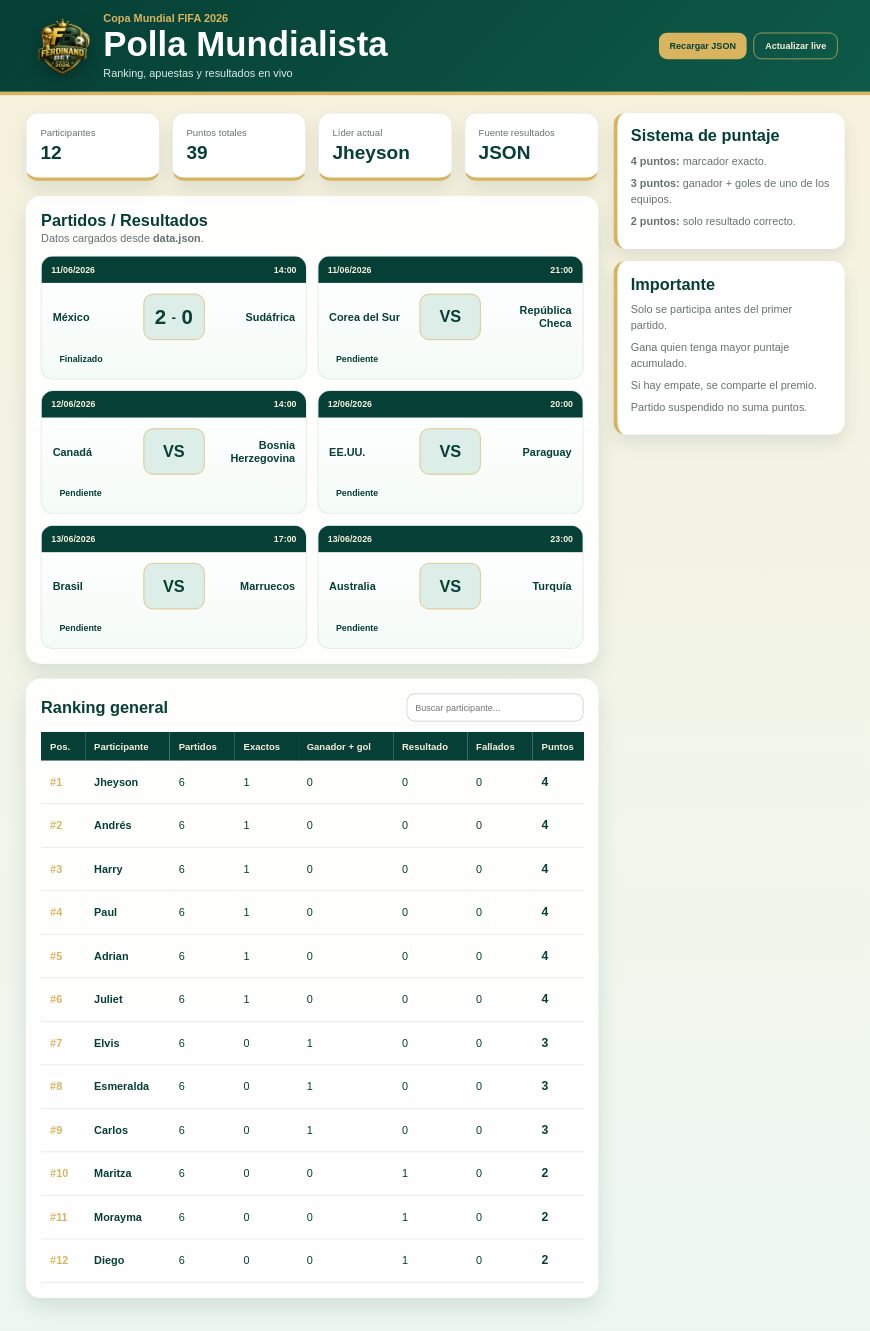
Repository: DiegoSot0/ferdinand-bet
Page: index.html
An editor plug-in stored every save of this project. The page is shown before and after the next save, followed by the edit.
The browser window is 1280 px wide. The pictures show the whole page, at 68% of full size.

Above is the page before, as saved 2026-06-11 21:07:27.

After the next save:
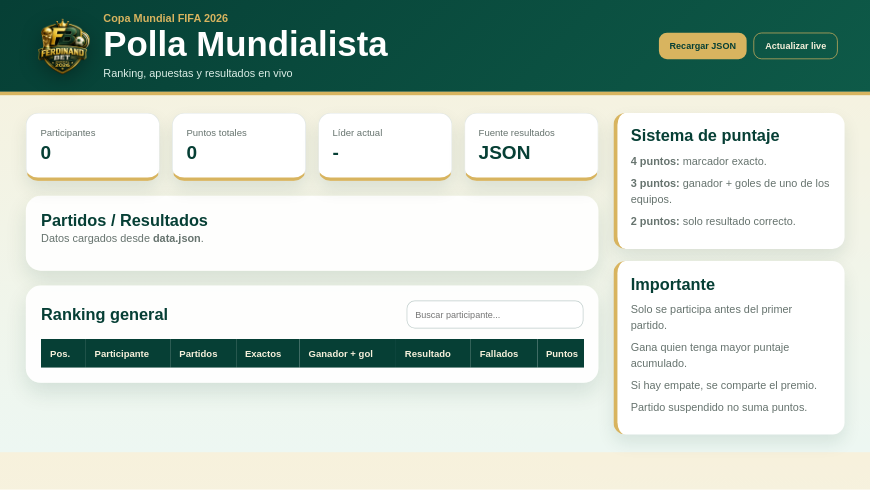
Console error: ReferenceError: getStatusClass is not defined
Saved 18 s later.
--- a/app.js
+++ b/app.js
@@ -161,8 +161,7 @@
             <span class="team">${p.equipo2}</span>
           </div>
 
-          <div class="status">${estado}${minuto}</div>
-        </div>
+<div class="status ${getStatusClass(estado)}">${getStatusText(estado, minuto)}</div>        </div>
       </article>
     `;
   }).join("");
@@ -222,9 +221,9 @@
 
     const clase = a.estado === "Marcador exacto" ? "exacto"
       : a.estado === "Ganador + gol" ? "parcial"
-      : a.estado === "Resultado" ? "resultado"
-      : a.estado === "Pendiente" ? "pendiente"
-      : "fallado";
+        : a.estado === "Resultado" ? "resultado"
+          : a.estado === "Pendiente" ? "pendiente"
+            : "fallado";
 
     const real = p.real1 === null || p.real2 === null
       ? "Pendiente"

After the 3 saves that followed:
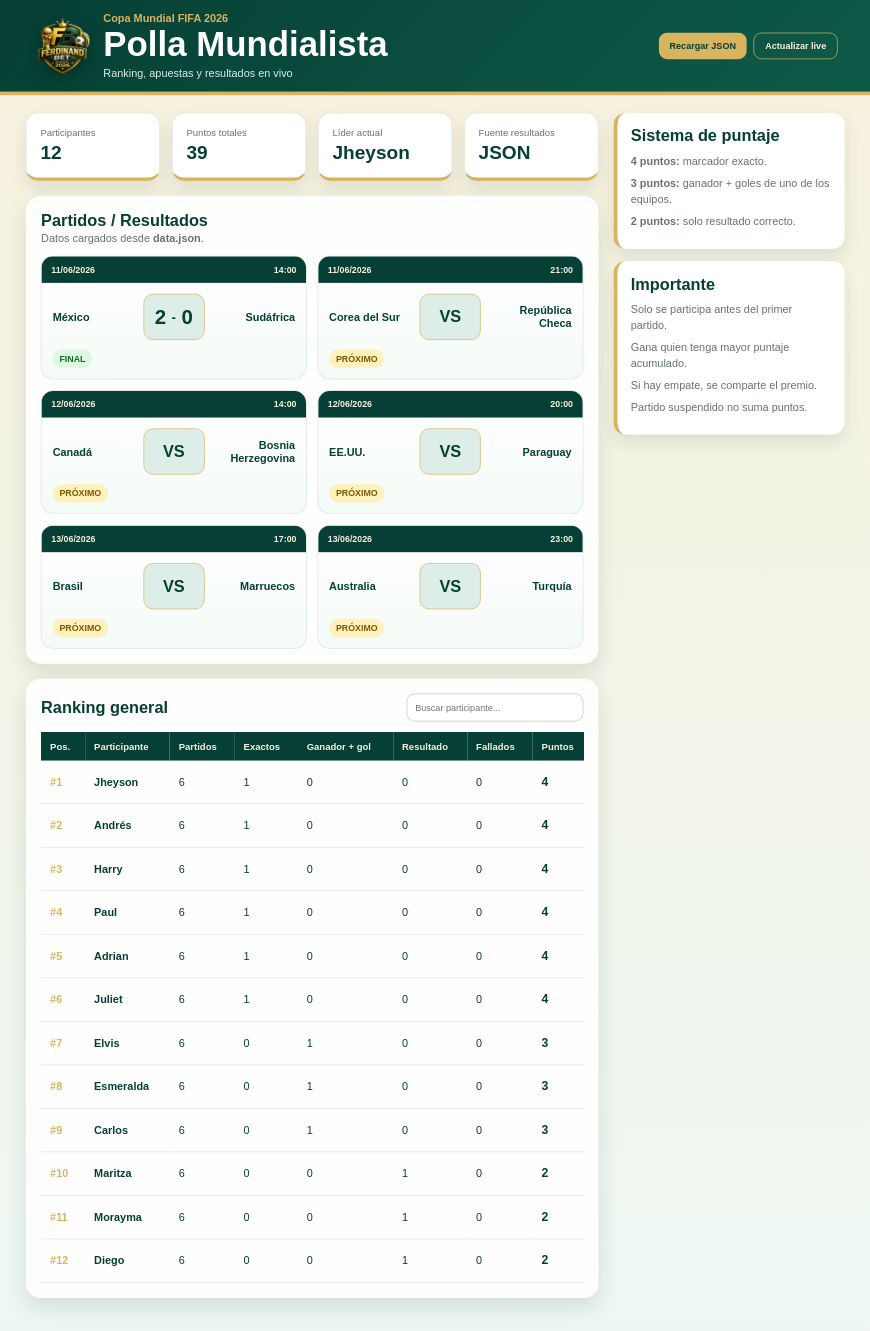
The error is gone.
The 3 saves are shown as one change because 2 left the picture as it was.
The last was saved 43 s later.
--- a/app.js
+++ b/app.js
@@ -143,7 +143,28 @@
         </div>
       `;
     }
-
+    function getStatusClass(estado) {
+      const value = (estado || "").toLowerCase();
+
+      if (value.includes("vivo")) return "status-live";
+      if (value.includes("final")) return "status-final";
+
+      return "status-pending";
+    }
+
+    function getStatusText(estado, minuto) {
+      const value = (estado || "").toLowerCase();
+
+      if (value.includes("vivo")) {
+        return `EN VIVO ${minuto || ""}`;
+      }
+
+      if (value.includes("final")) {
+        return "FINAL";
+      }
+
+      return "PRÓXIMO";
+    }
     const estado = p.estado || (p.real1 === null ? "Pendiente" : "Finalizado");
     const minuto = p.minuto ? ` · ${p.minuto}` : "";
 
@@ -160,8 +181,8 @@
             ${marcador}
             <span class="team">${p.equipo2}</span>
           </div>
-
-<div class="status ${getStatusClass(estado)}">${getStatusText(estado, minuto)}</div>        </div>
+          <div class="status ${getStatusClass(estado)}">${getStatusText(estado, minuto)}</div>
+        </div>
       </article>
     `;
   }).join("");
